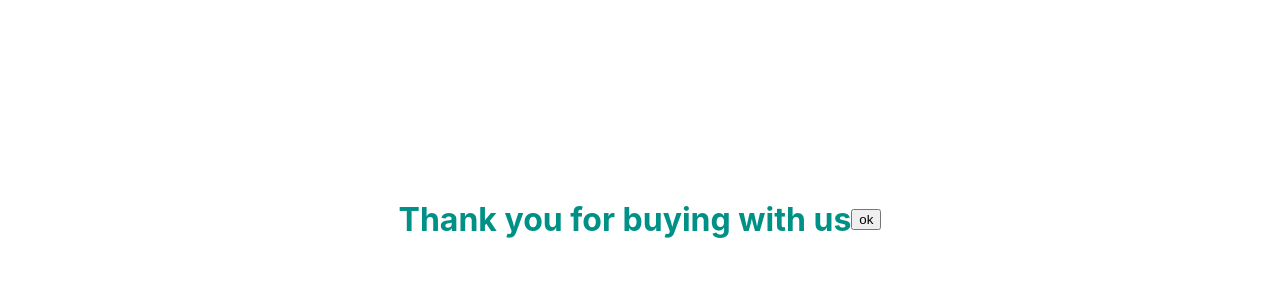
Repository: Yowani24/ecocarbon
Page: /successPage
The author's editor kept a copy of each file at every save. The page is drawn from the files as they stood at one save, then again after the next save.
The browser window is 1280 px wide. The pictures show the whole page.
The project was rebuilt for these pictures with package versions that can differ from the ones it lists, and the page was loaded fresh each time. The framework's server and built-in components were replaced by stand-ins that run in the browser. Also part of the build but not shown: next.config.js.

Above is the page before, as saved 2021-09-29 20:39:24.

After the next save:
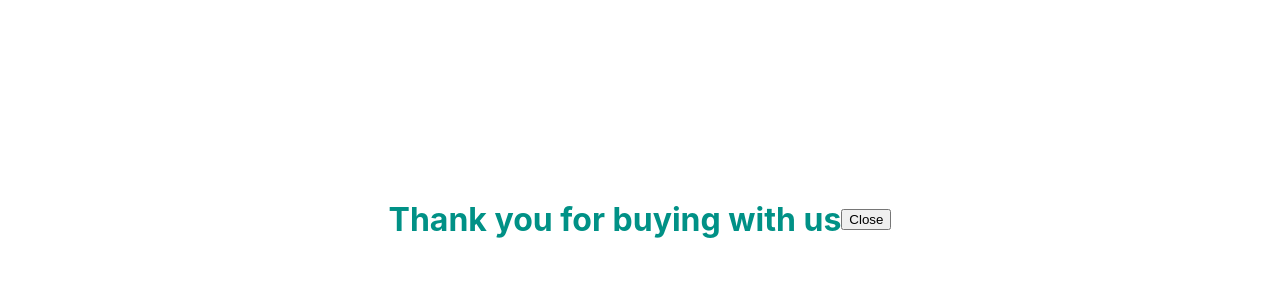
Saved 21 s later.
--- a/pages/successPage.js
+++ b/pages/successPage.js
@@ -4,7 +4,7 @@ export default function successPage(props) {
     return (
         <div className="thank_you_message">
             <h1>Thank you for buying with us</h1>
-            <button>ok</button>
+            <button>Close</button>
         </div>
     );
 }
